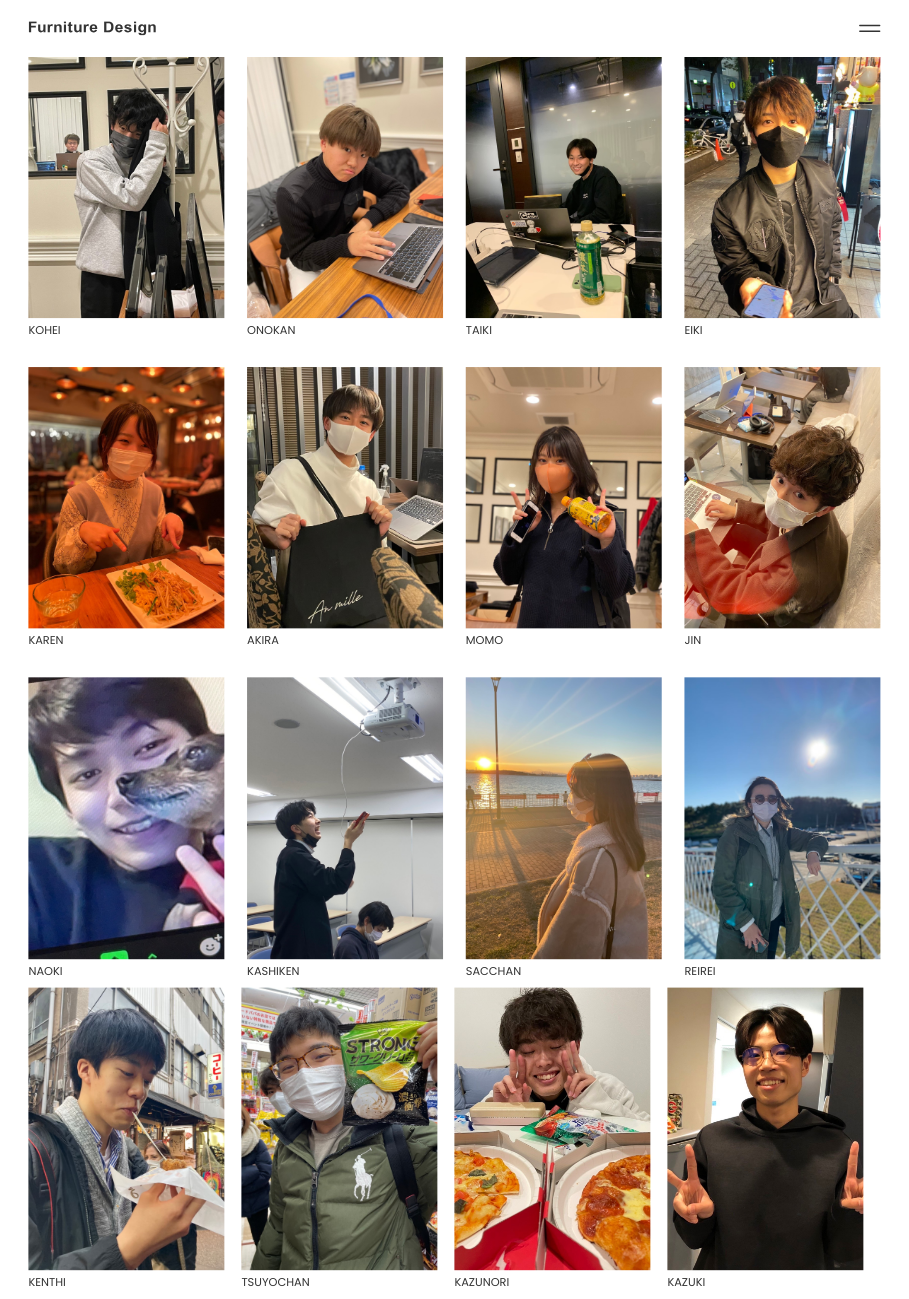
Repository: kohei23n/tenfeet
Page: index.html
These files come from the project's save history. The page is drawn as it stood at one moment and after a run of saves; the edit follows.
The browser window is 1280 px wide. The pictures show the whole page, at 71% of full size.

Above is the page before, as saved 2022-02-08 23:49:49.

### index.html
<!DOCTYPE html>
<html lang="en">
  <head>
    <meta charset="UTF-8" />
    <meta http-equiv="X-UA-Compatible" content="IE=edge" />
    <meta name="viewport" content="width=device-width, initial-scale=1.0" />
    <link rel="stylesheet" href="style.css" />
    <link
      href="https://fonts.googleapis.com/css?family=Poppins"
      rel="stylesheet"
    />
    <script src="https://ajax.googleapis.com/ajax/libs/jquery/3.5.1/jquery.min.js"></script>
    <title>Moshalympics</title>
  </head>
  <body>
    <header id="header" class="wrapper">
      <h1 class="title">
        <a href="index.html">
          <img src="img/logo.svg" alt="Furniture Design" />
        </a>
      </h1>
      <nav id="nav">
        <ul class="nav_menu">
          <li><a href="">PRODUCTS</a></li>
          <li><a href="">ABOUT</a></li>
          <li><a href="">COMPANY</a></li>
          <li><a href="">CONTACT</a></li>
        </ul>
      </nav>
      <div class="button">
        <span></span>
        <span></span>
      </div>
      <div id="mask"></div>
    </header>

    <main>
      <div id="top" class="wrapper">
        <ul class="product_list">
          <li>
            <a href="/members1/index.html?id=1">
              <img src="/img/1.jpg" alt="1" />
              <p class="name">KOHEI</p>
            </a>
          </li>
          <li>
            <a href="/members1/index.html?id=2">
              <img src="/img/2.jpg" alt="2" />
              <p class="name">ONOKAN</p>
            </a>
          </li>
          <li>
            <a href="/members1/index.html?id=3">
              <img src="/img/3.jpg" alt="3" />
              <p class="name">TAIKI</p>
            </a>
          </li>
          <li>
            <a href="/members1/index.html?id=4">
              <img src="/img/4.jpg" alt="4" />
              <p class="name">EIKI</p>
            </a>
          </li>
          <li>
            <a href="/members1/index.html?id=5">
              <img src="/img/5.jpg" alt="5" />
              <p class="name">KAREN</p>
            </a>
          </li>
          <li>
            <a href="/members1/index.html?id=6">
              <img src="/img/6.jpg" alt="6" />
              <p class="name">AKIRA</p>
            </a>
          </li>
          <li>
            <a href="/members1/index.html?id=7">
              <img src="/img/7.jpg" alt="7" />
              <p class="name">MOMO</p>
            </a>
          </li>
          <li>
            <a href="/members1/index.html?id=8">
              <img src="/img/8.jpg" alt="8" />
              <p class="name">JIN</p>
            </a>
          </li>
        </ul>
      </div>
    </main>

    <div id="top" class="wrapper2">
      <ul class="product_list">
        <div id="member_list_2"></div>
      </ul>
    </div>

    <script src="/main.js"></script>
  </body>
</html>

### style.css
* {
  margin: 0;
  padding: 0;
}



#header {
  width: 100%;
  height: 80px;
  background-color: #fff;
  display: flex;
  align-items: center;
  justify-content: space-between;
  position: fixed;
  left: 0;
  right: 0;
  z-index: 10;
}

.wrapper {
  max-width: 1360px;
  margin: 0 auto;
  padding: 0 40px;
  box-sizing: border-box;
}

h1 {
  display: block;
  font-size: 2em;
  margin-block-start: 0.67em;
  margin-block-end: 0.67em;
  margin-inline-start: 0px;
  margin-inline-end: 0px;
  font-weight: bold;
}

.title a {
  width: 180px;
  line-height: 1px;
  display: block;
}

img {
  max-width: 100%;
}


.open #nav {
  left: 0;
  opacity: 1;
}

#nav {
  opacity: 0;
  position: fixed;
  top: 0;
  left: -300px;
  width: 300px;
  color: #fff;
  padding: 36px 50px;
  transition: all 0.3s;
  z-index: 20;
}


#nav li {
  margin-bottom: 14px;
  list-style: none;
}

#nav a {
  color: #fff;
  text-decoration: none;
  transition: all 0.5s;
}

.button {
  width: 30px;
  height: 30px;
  position: relative;
  transition: all 0.5s;
  cursor: pointer;
  z-index: 20;
}

.button span:nth-child(1) {
  top: 10px;
}

.button span:nth-child(2) {
  bottom: 10px;
}

.button span {
  display: block;
  position: absolute;
  width: 30px;
  height: 2px;
  background-color: #333;
  border-radius: 4px;
  transition: all 0.5s;
}

.open .button span {
  background-color: #fff;
}

.open .button span:nth-child(1) {
  transform: rotate(-45deg) translateY(5px);
}

.open .button span:nth-child(2) {
  transform: rotate(45deg) translateY(-5px);
}

#mask {
  display: none;
  transition: all 0.6s;
}

.open #mask {
  display: block;
  position: fixed;
  top: 0;
  left: 0;
  width: 100%;
  height: 100%;
  background: #000;
  opacity: 0.8;
  z-index: 10;
  cursor: pointer;

}

/* MAIN  */

#top {
  padding-top: 80px;
  /* padding-bottom: 160px; */
}

.product_list {
  display: flex;
  flex-wrap: wrap;
  justify-content: space-between;
}

.product_list li {
  width: 23%;
  margin-bottom: 40px;
  list-style: none;
}

.product_list a {
  color: #333;
  text-decoration: none;
  transition: all 0.5s;
}

.product_list img:hover {
  transition: 0.5s;
  opacity: 0.8;
}

/* NAME */

.name {
  font-family: 'Poppins', sans-serif;
}

.wrapper2{
  padding-top: 0 !important;
  max-width: 1360px;
    margin: 0 auto;
    padding: 0 40px;
    box-sizing: border-box;
}

.image{
  height: 100%;
  object-fit: cover;
}

### main.js
$(function(){

  $('.button').on("click", function() {
    if ($('#header').hasClass('open')) {
      $('header').removeClass('open');
    } else {
      $('header').addClass('open');
    }
  });

  $('#mask').on("click", function() {
    $('header').removeClass('open');
  });
})

let images = ["/img/9.jpg","/img/10.jpg","/img/11.jpg","/img/12.jpg","/img/13.jpg","/img/14.jpg","/img/15.jpg","/img/16.jpg"];
let names = ["NAOKI","KASHIKEN","SACCHAN","REIREI","KENTHI","TSUYOCHAN","KAZUNORI","KAZUKI"];


let content = ''
for(let i =0; i<images.length; i++){
  content +=
`<li>
<a href="/members2/index.html?id=${i+9}">
  <img src="${images[i]}" alt="${i}" class="image">
  <p class="name">${names[i]}</p>
</a>
</li>
`};




let content2 = document.getElementById('member_list_2');
content2.insertAdjacentHTML("beforebegin", content)

After the next 2 saves:
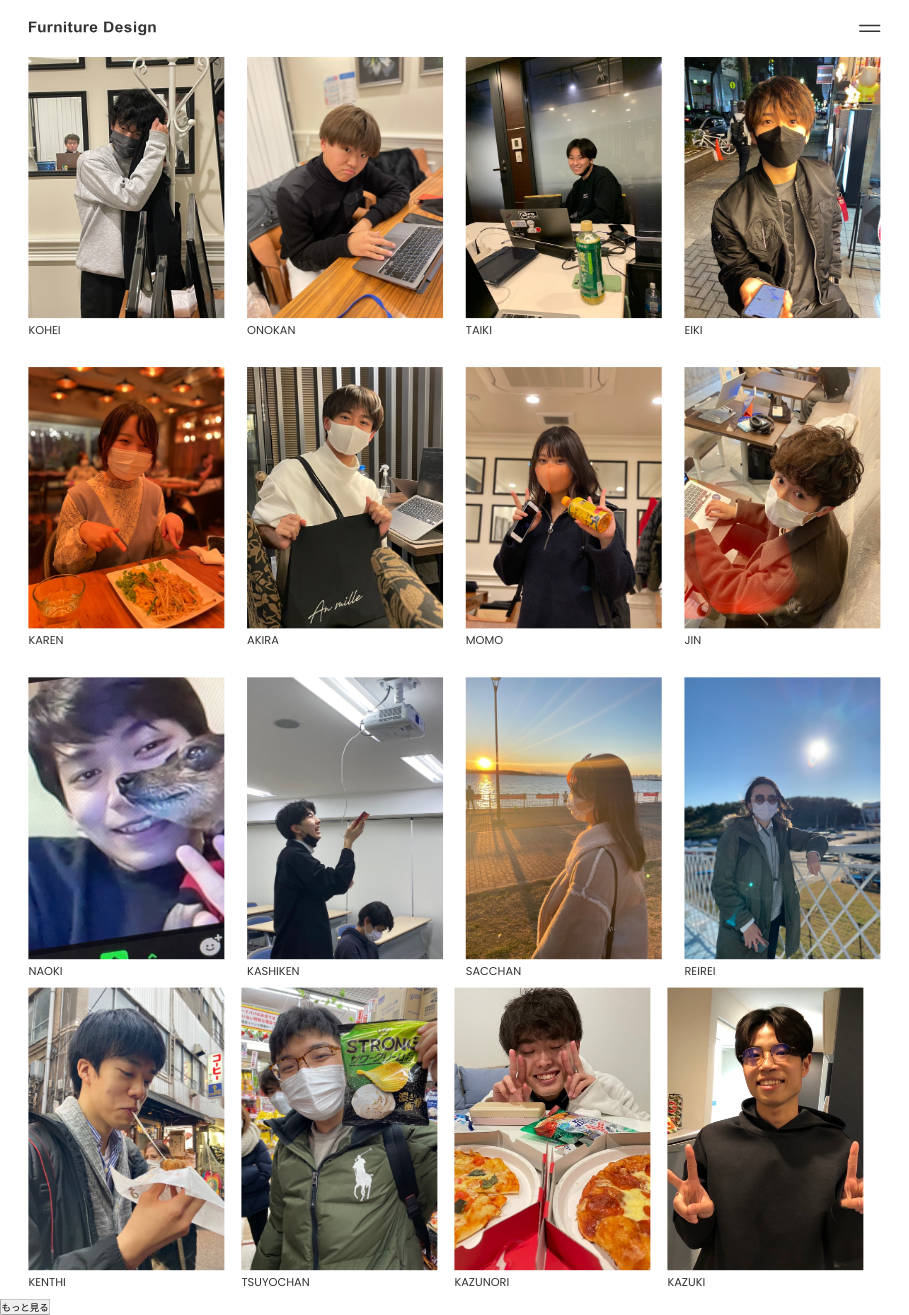
The 2 saves are shown as one change because they came seconds apart.
The last was saved 98 min 31 s later.
--- a/index.html
+++ b/index.html
@@ -95,6 +95,10 @@
       </ul>
     </div>
 
+    <div class="more">
+      <button>もっと見る</button>
+  </div>
+
     <script src="/main.js"></script>
   </body>
 </html>
